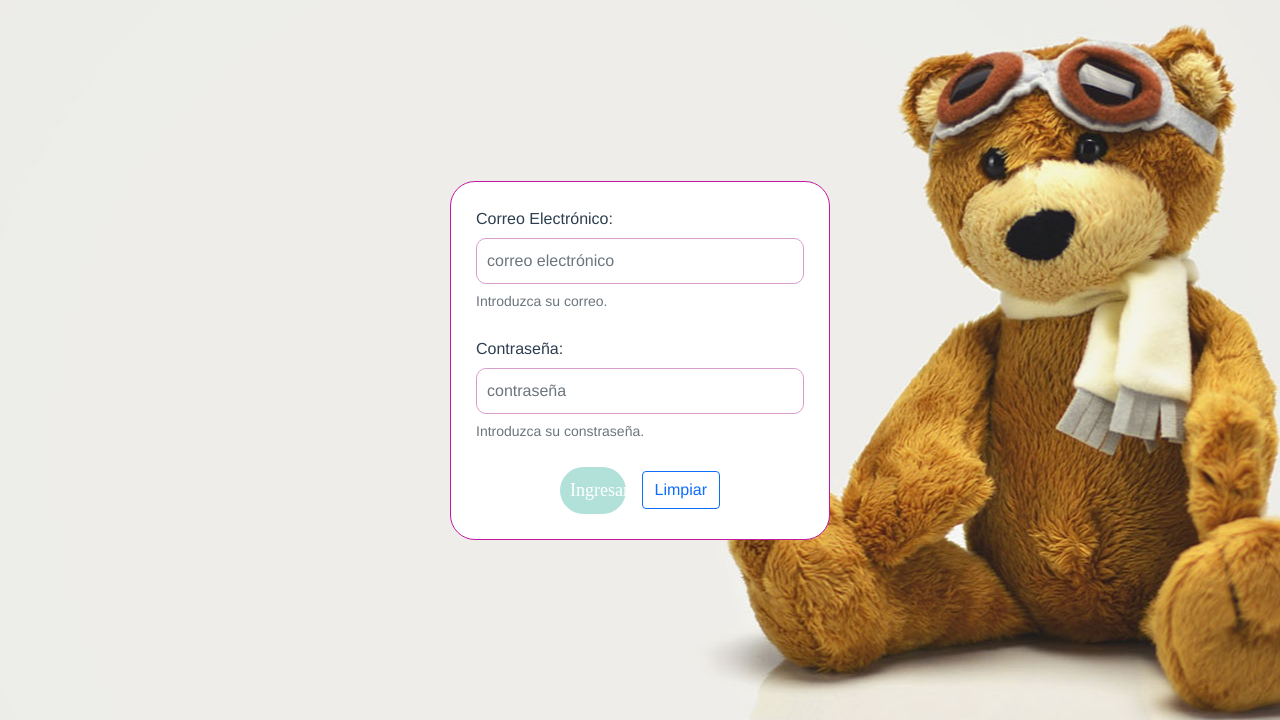
Repository: Darigo30/prueba-jugueteria
Page: /login
An editor plug-in stored every save of this project. The page is shown before and after the next save, followed by the edit.
The browser window is 1280 px wide. The pictures show the whole page.
Some web fonts or font styles are not loaded; a fallback is used. The project was rebuilt for these pictures with package versions that can differ from the ones it lists, and the page was loaded fresh each time. Also part of the build but not shown: src/components/Editar.vue, src/components/Tabla.vue, src/components/Agregar.vue, src/views/Home.vue.

Above is the page before, as saved 2021-05-30 21:27:56.

After the next save:
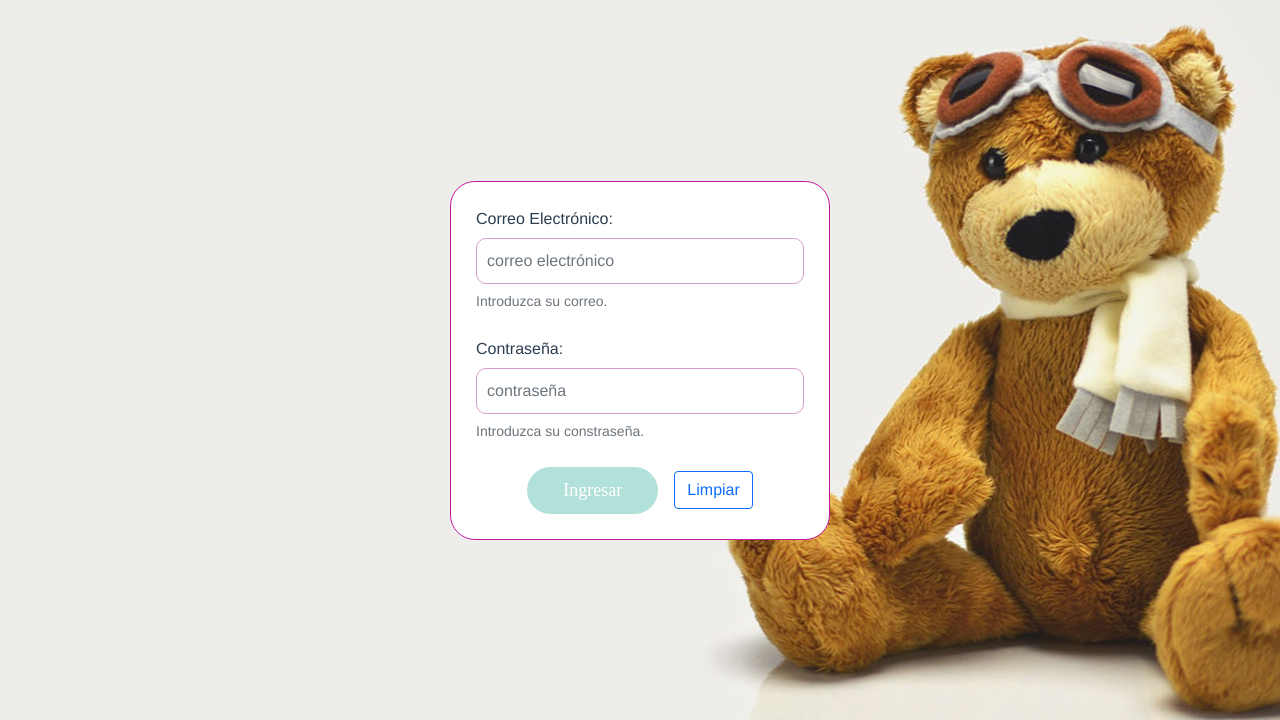
Saved 22 s later.
--- a/src/views/Login.vue
+++ b/src/views/Login.vue
@@ -109,7 +109,7 @@ export default {
     font-size: 18px;
     border-radius: 28px;
     font-family: 'Londrina Solid';
-    width: 20%;
+    width: 40%;
 
 }
 </style>
